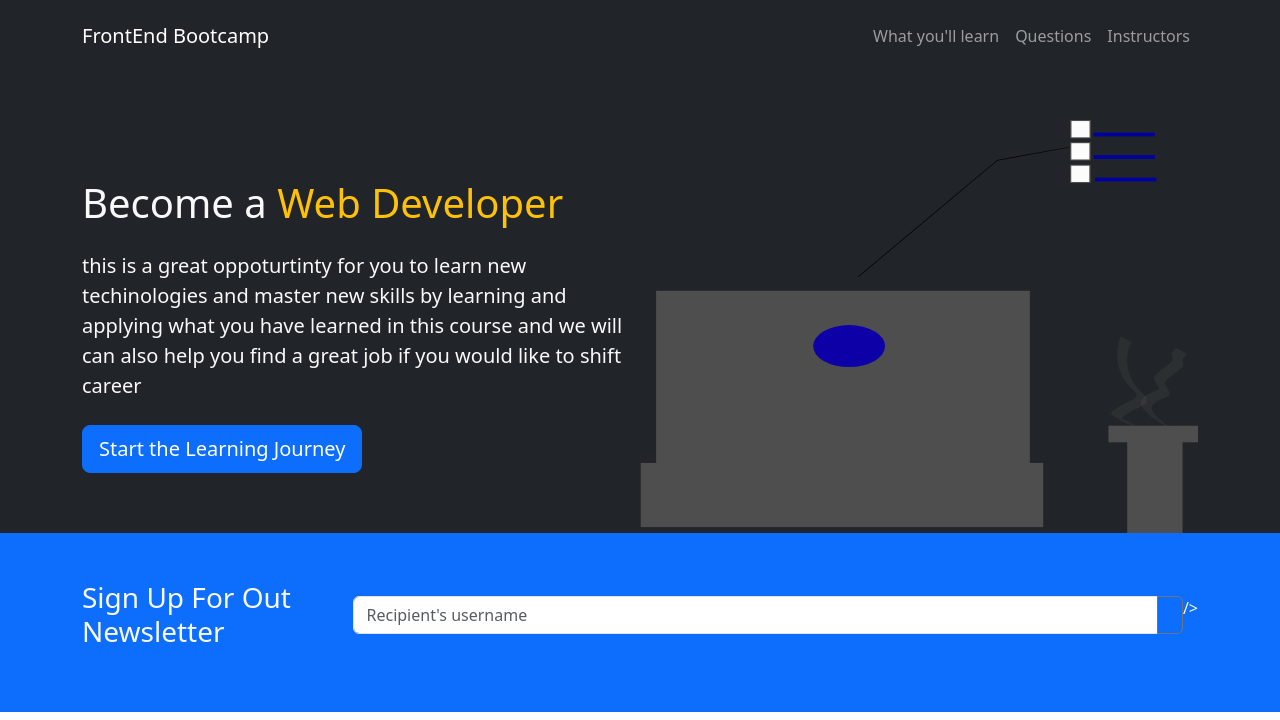
Repository: HaziimYassien/Front-End-BootCamp-__BootStrap-Project
Page: Front End BootCamp2/index.html
These files come from the project's save history. The page is drawn as it stood at one moment and after the next save; the edit follows.
The browser window is 1280 px wide. The pictures show the whole page.

Above is the page before, as saved 2024-01-12 02:48:39.

After the next save:
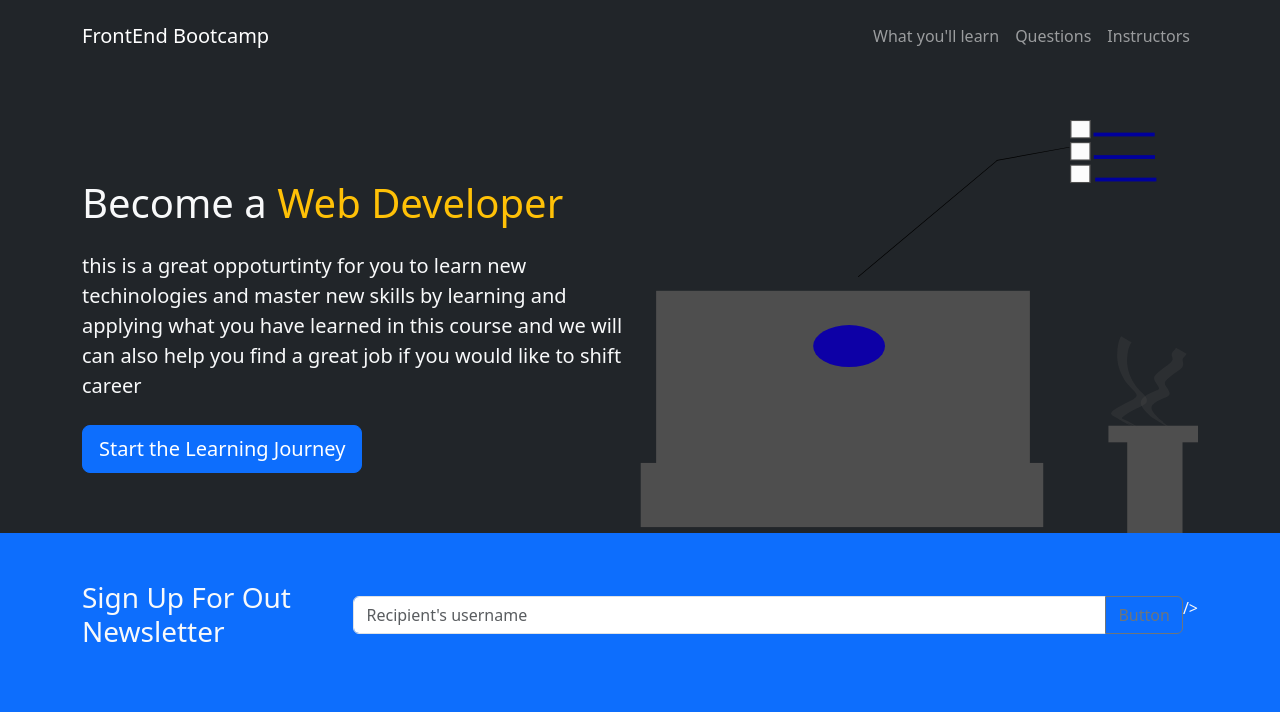
Saved 5 s later.
--- a/Front End BootCamp2/index.html
+++ b/Front End BootCamp2/index.html
@@ -83,7 +83,13 @@
               aria-label="Recipient's username"
               aria-describedby="button-addon2"
             />
-            <button class="btn btn-outline-secondary" type="button" id="button-addon2"></button>
+            <button
+              class="btn btn-outline-secondary"
+              type="button"
+              id="button-addon2"
+            >
+              Button
+            </button>
 
             />
           </div>
